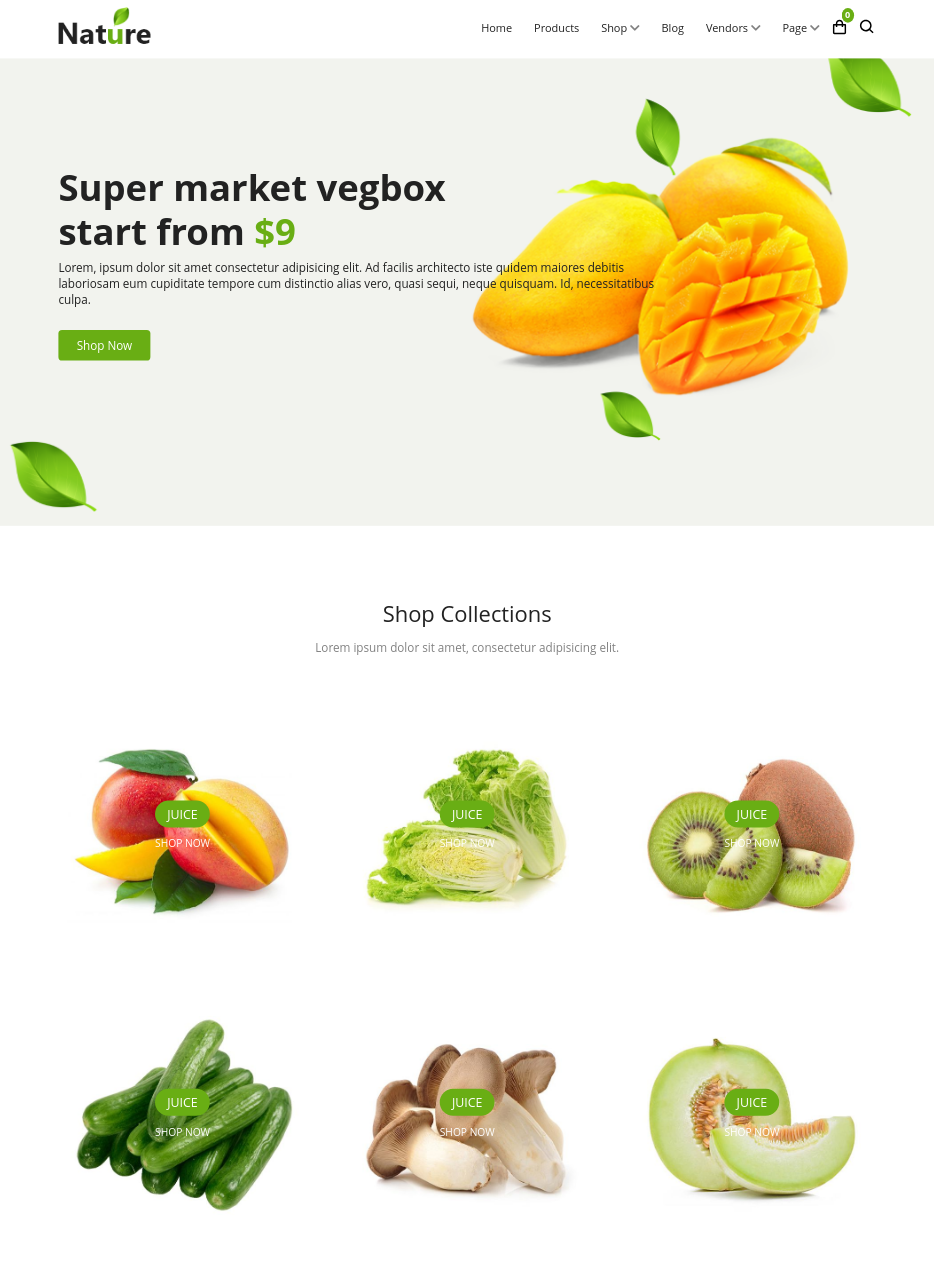
Repository: hoanggiainfomation/hoanggiainfomation.github.io
Page: index.html
An editor plug-in stored every save of this project. The page is shown before and after the next save, followed by the edit.
The browser window is 1280 px wide. The pictures show the whole page, at 73% of full size.
The pointer rests on the first visible `.collection-item`.
Some web libraries are served in a nearby version.

Above is the page before, as saved 2021-08-17 20:20:12.

After the next save:
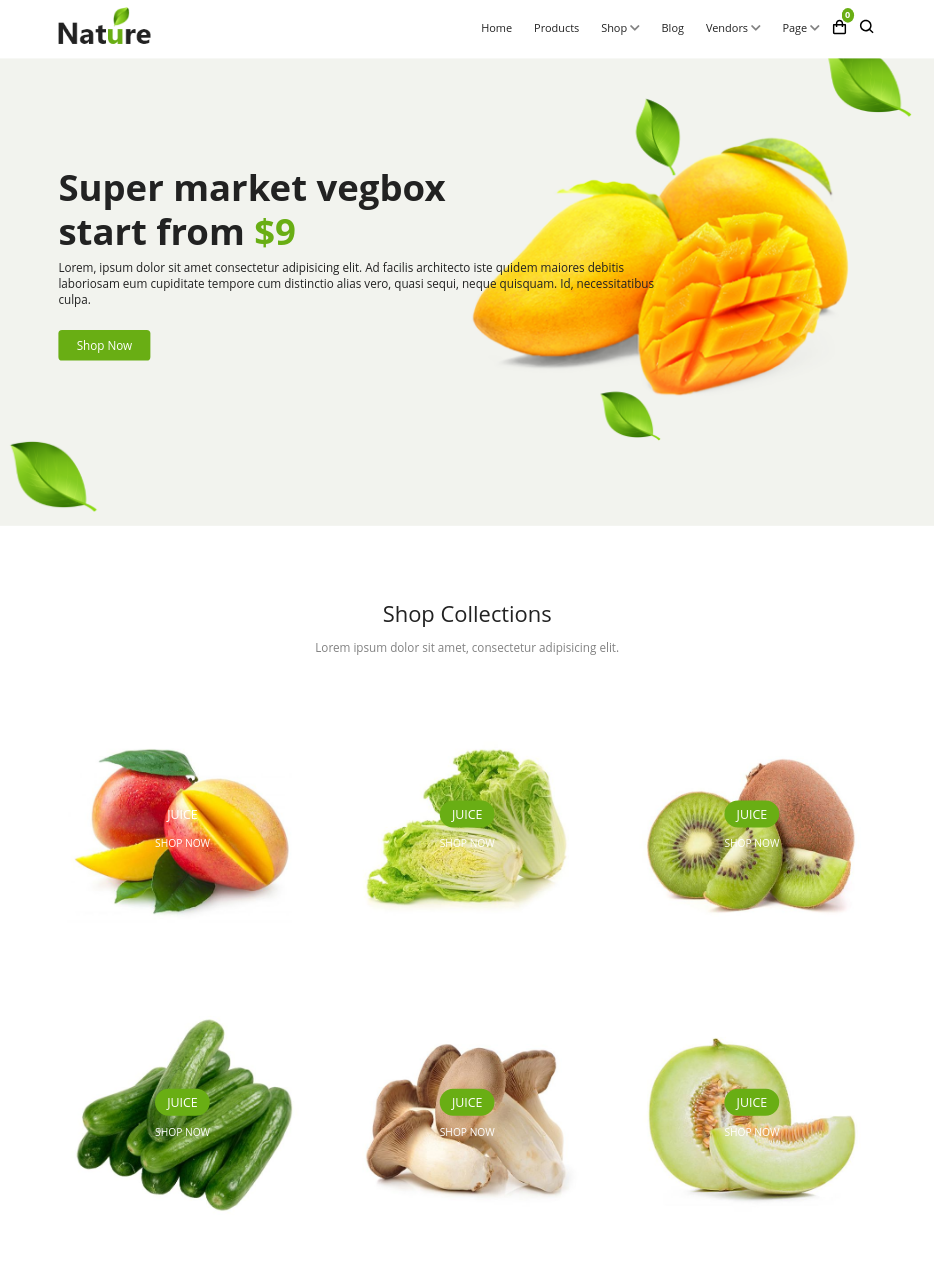
Saved 91 s later.
--- a/styles.css
+++ b/styles.css
@@ -594,3 +594,7 @@ section .title span {
 .collection-content a:hover {
   color: var(--primary);
 }
+.collection-item:hover .collection-content h3 {
+  background-color: var(--while);
+  color: var(--white);
+}
